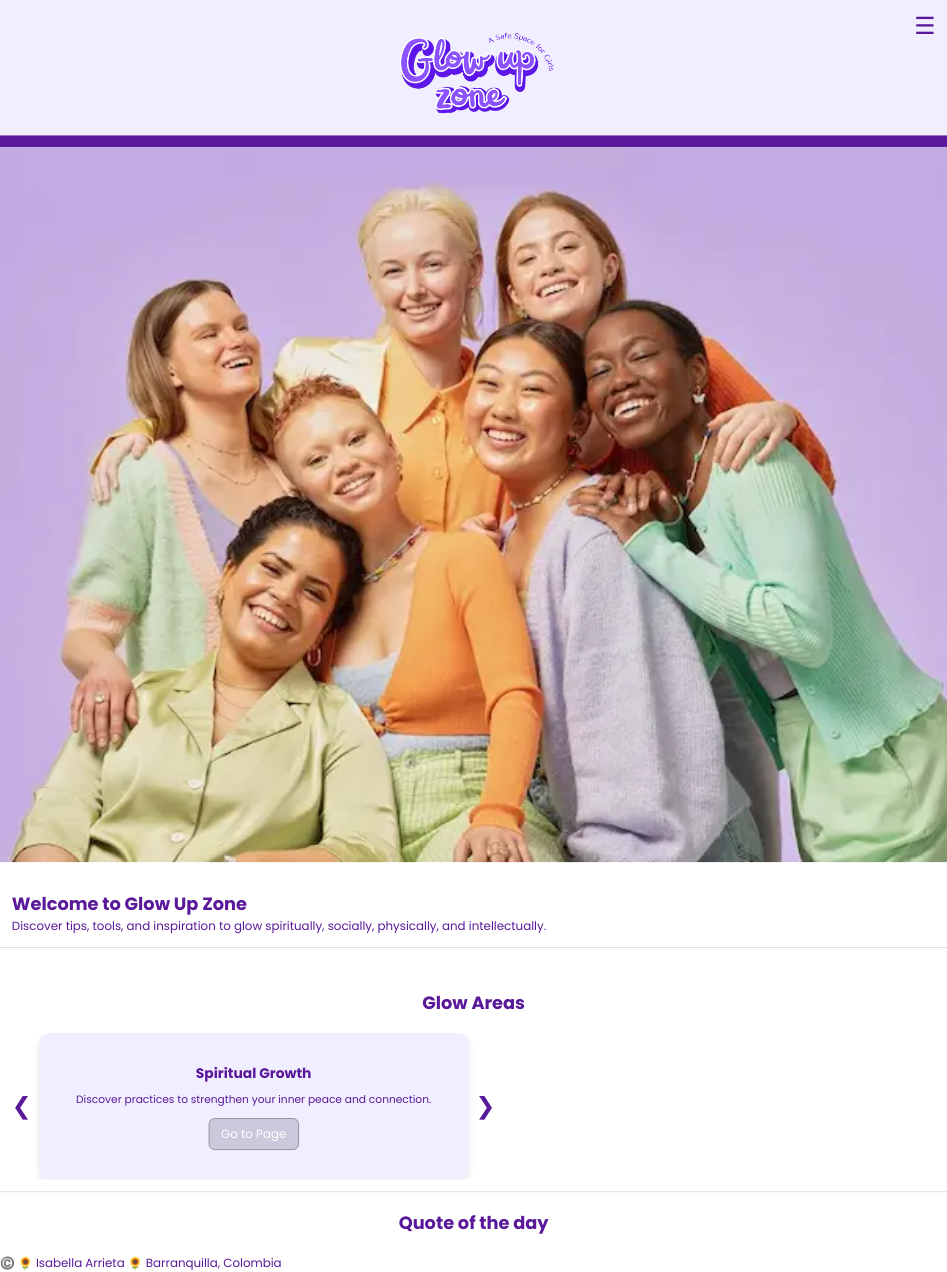
Repository: isaAJ05/wdd131
Page: final-project/final-project.html
The author's editor kept a copy of each file at every save. The page is drawn from the files as they stood at one save, then again after the next save.
The browser window is 1280 px wide. The pictures show the whole page, at 74% of full size.
The pointer rests on the first visible `.btn`.

Above is the page before, as saved 2025-08-09 01:07:58.

### final-project/final-project.html
<!DOCTYPE html>
<html lang="en">
<head>
    <meta charset="UTF-8">
    <meta name="viewport" content="width=device-width, initial-scale=1.0">
    <title>WDD 131 – Glow Up Zone</title>
    <meta name="description" content="WDD 131 – This website is a positive and inspiring space for girls who want to improve different areas of their lives. It will include tips and resources organized into four sections: Spiritual, Social, Physical, and Intellectual.">
    <meta name="author" content="Isabella Arrieta">
    <link rel="stylesheet" href="styles/final-project.css">
    <link rel="stylesheet" href="styles/final-project-large.css">
    <link rel="preconnect" href="https://fonts.googleapis.com">
    <link rel="preconnect" href="https://fonts.gstatic.com" crossorigin>
    <link href="https://fonts.googleapis.com/css2?family=Nunito:wght@300;400;700&family=Poppins:wght@400;600;700&family=Quicksand:wght@400;500;700&display=swap" rel="stylesheet">
    <script src="scripts/final-project.js" defer></script>
</head>
<body>
    <header>
        <div class="title">
            <img src="images/logo.png" alt="" title="">
        </div>
        <button type="button" id="menu" title="Hambutton"></button>
        <nav>
            <ul class="navigation">
			<li><a href="#" class="home">Home</a></li>
			<li><a href="#" class="old">Old</a></li>
			<li><a href="#" class="new">New</a></li>
			<li><a href="#" class="large">Large</a></li>
			<li><a href="#" class="small">Small</a></li>
		</ul>
        </nav>
    </header>
    <main>
        <div class="hero">
            <picture>
            <source media="(min-width: 700px)" srcset="">
            <img src="images/glow-2.webp" alt="" title="">
            </picture>
        </div>
        <section >
                <div class="one">
                <h1>Welcome to Glow Up Zone</h2>
                <p>Discover tips, tools, and inspiration to glow spiritually, socially, physically, and intellectually.</p>
                </div>
        </section>
        <div class="one">
        <h2>Glow Areas</h2>
        <section class="cards">
        <button class="arrow left">&#10094;</button>
        <div class="cards-container">
            <div class="card">
                <div class="card2">
                <h3 id="card-title"></h3>
                <p id="card-text"></p>
                <a id="card-link" href="#" class="btn">Go to Page</a>
                </div>
            </div>
        </div>
        <button class="arrow right">&#10095;</button>
        </div>
        </section>
        <section>
            <div class="two">
                <h2>Quote of the day</h2>

            </div>
        </section>

    </main>
    <footer>
            <p>
            ©️<span id="currentyear"></span> 🌻 Isabella Arrieta 🌻 Barranquilla, Colombia
        </p>
        <p class="last-modified">
            <span id="lastModified"></span>
        </p>
    </footer>

</body>
</html>

### final-project/styles/final-project.css
:root {
    --primary-color: #5a189a;
    --secondary-color: #fa198b;
    --thirdary-color: #ff6f91;
    --accent-color: #3a86ff;
    --background-color: #f1efff;
    --font-one: "Poppins", sans-serif;
    --font-two: "Nunito", sans-serif;
    --font-three: "Quicksand", sans-serif;
}
* {
    box-sizing: border-box;
    margin: 0;
    padding: 0;
}

body {
    font-family: var(--font-one);
    color: var(--primary-color);
}

.title {
    text-align: center;
    background-color: var(--background-color);
}
.title img {
    width: 350px;
    height: auto;
}
.hero img{
    width: 100%;
    height: auto;
}
.one{
    border-bottom: #D6D6D6 1px solid;
    padding: 1rem;
    margin: 1rem 0;
}
nav{
    display: block;
    background-color: var(--primary-color);
}

#menu {
	font-size: 2rem;
	border: 0;
	background: none;
	position: absolute;
	top: 1rem;
	right: 1rem;
}

#menu::before {
	content: "☰";
    color: var(--primary-color);
}

#menu.open::before {
	content: "✖";
    color: white;
}

.navigation {
	list-style: none;
	display: flex;
	flex-direction: column;
    color: #fff;
    padding-top: 1rem;
    background-color: none;
}

.navigation a {
	display: none;
	color: #fff;
	text-align: center;
	text-decoration: none;
    padding: 0.5rem;
    font-size: 1rem;


}

.navigation a:hover {
	text-decoration: underline;
	background-color: #eee;
	color: #000;
}
.open a {
	display: block;
}
.open img{
    display: none;
}
h2{
    padding: 0.5rem;
    margin: 1rem 0;
    text-align: center;
}
.cards {
    position: relative;
    display: flex;
    align-items: center;
    overflow: hidden;
    width: 100%;
}



.card {
    min-width: 80%;
    margin: 0 10px;
    padding: 20px;
    background: var(--background-color);
    border-radius: 15px;
    box-shadow: 0 4px 10px rgba(0,0,0,0.1);
    text-align: center;
}
.card2 {
    min-width: 80%;
    margin: 0 10px;
    padding: 20px;
    background: var(--background-color);

    text-align: center;
}

.card h3 {
    color: var(--primary-color);
    margin-bottom: 10px;
}

.card p {
    font-size: 0.9rem;
    margin-bottom: 15px;
}

.btn {
    display: inline-block;
    background: var(--primary-color);
    color: white;
    padding: 8px 16px;
    border-radius: 8px;
    text-decoration: none;
}
.btn:hover {
	background-color: #ccc9dc;
    cursor: pointer;
	border: 1px solid gray;
}

.arrow {
    background: none;
    border: none;
    font-size: 2rem;
    cursor: pointer;
    color: var(--primary-color);
}
.two{

}

### final-project/scripts/final-project.js
const hamButton = document.querySelector('#menu');
const navigation = document.querySelector('.navigation');
const title = document.querySelector('.title');

hamButton.addEventListener('click', () => {
	navigation.classList.toggle('open');
    hamButton.classList.toggle('open');
    title.classList.toggle('open');
});
const cardsData = [
    {
        title: "Spiritual Growth",
        text: "Discover practices to strengthen your inner peace and connection.",
        link: "spiritual.html"
    },
    {
        title: "Social Skills",
        text: "Learn how to connect, communicate, and build strong relationships.",
        link: "social.html"
    },
    {
        title: "Intellectual Growth",
        text: "Boost your mind with tips, knowledge, and creative thinking.",
        link: "intellectual.html"
    },
    {
        title: "Physical Wellness",
        text: "Stay active and healthy with routines and self-care habits.",
        link: "physical.html"
    }
];

let currentIndex = 0;

const cardTitle = document.getElementById("card-title");
const cardText = document.getElementById("card-text");
const cardLink = document.getElementById("card-link");

function updateCard() {
    cardTitle.textContent = cardsData[currentIndex].title;
    cardText.textContent = cardsData[currentIndex].text;
    cardLink.href = cardsData[currentIndex].link;
}

document.querySelector(".arrow.right").addEventListener("click", () => {
    currentIndex = (currentIndex + 1) % cardsData.length;
    updateCard();
});

document.querySelector(".arrow.left").addEventListener("click", () => {
    currentIndex = (currentIndex - 1 + cardsData.length) % cardsData.length;
    updateCard();
});

updateCard();

Loaded but not shown: final-project/styles/final-project-large.css (no copy from this time; the picture is the same without it)

After the next save:
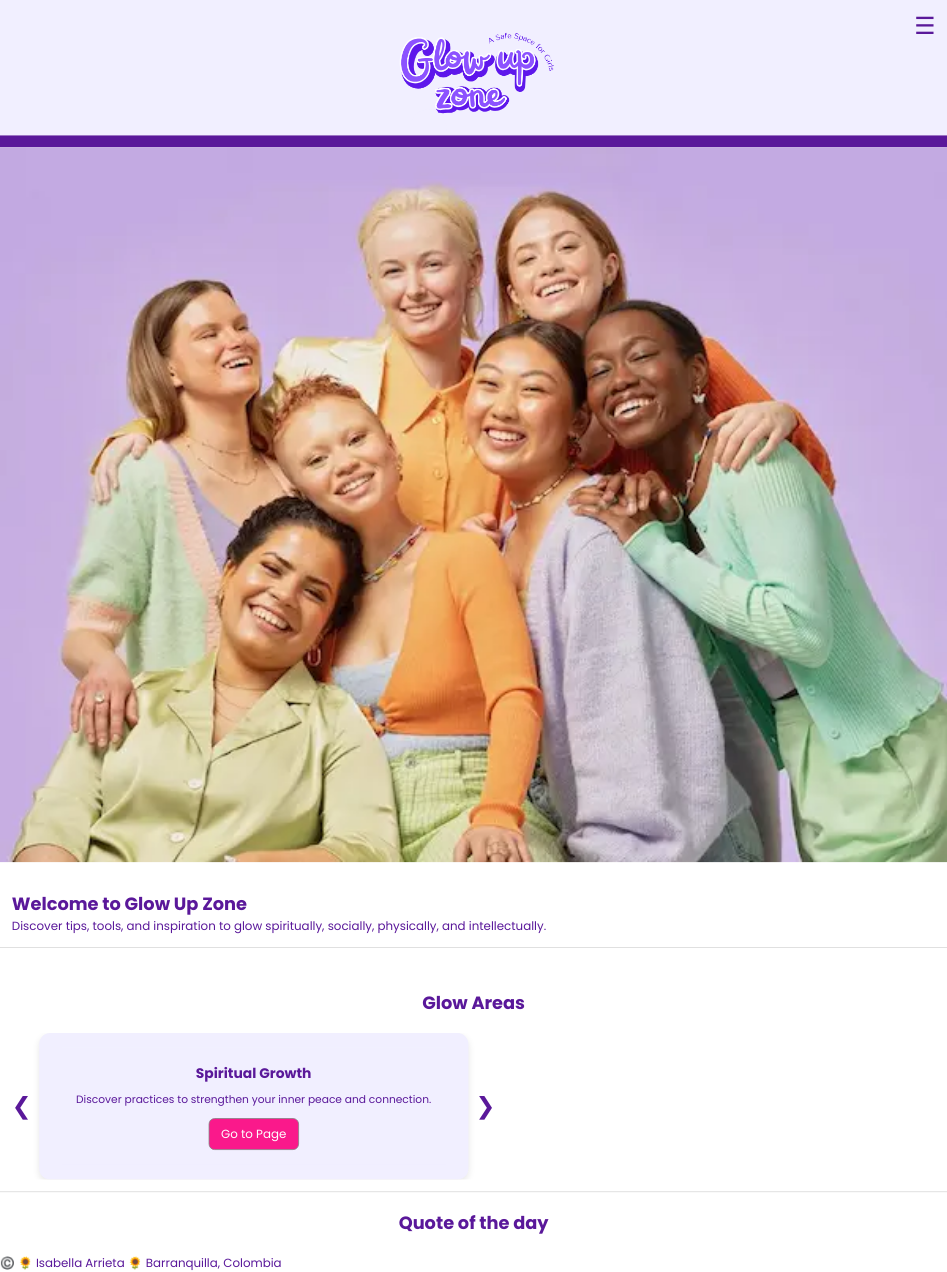
Saved 59 s later.
--- a/final-project/styles/final-project.css
+++ b/final-project/styles/final-project.css
@@ -143,7 +143,7 @@ h2{
     text-decoration: none;
 }
 .btn:hover {
-	background-color: #ccc9dc;
+	background-color: #fa198b;
     cursor: pointer;
 	border: 1px solid gray;
 }
